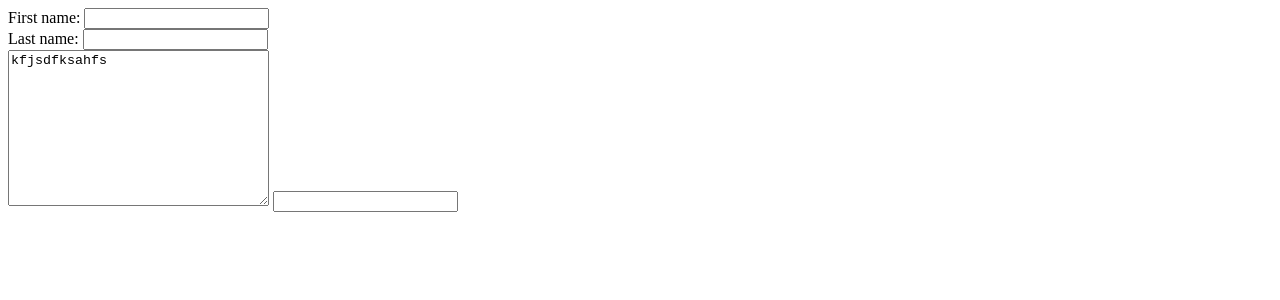
Repository: N1connys/person
Page: review.html
These files come from the project's save history. The page is drawn as it stood at one moment and after the next save; the edit follows.
The browser window is 1280 px wide. The pictures show the whole page.

Above is the page before, as saved 2023-02-20 21:19:24.

### review.html
<!DOCTYPE html>
<html lang="en">
<head>
    <meta charset="UTF-8">
    <meta http-equiv="X-UA-Compatible" content="IE=edge">
    <meta name="viewport" content="width=device-width, initial-scale=1.0">
    <title>Document</title>
</head>
<body>
    <form action="">
First name: <input type="text" name="firstname"><br>
Last name: <input type="password" name="lastname">
</form>
<textarea name="11" id="11" cols="30" rows="10">kfjsdfksahfs</textarea>
<!-- col 列数，row 行数 -->
<!-- 复选框 -->
<input type="r" name="" id="">
</body>
</html>

After the next save:
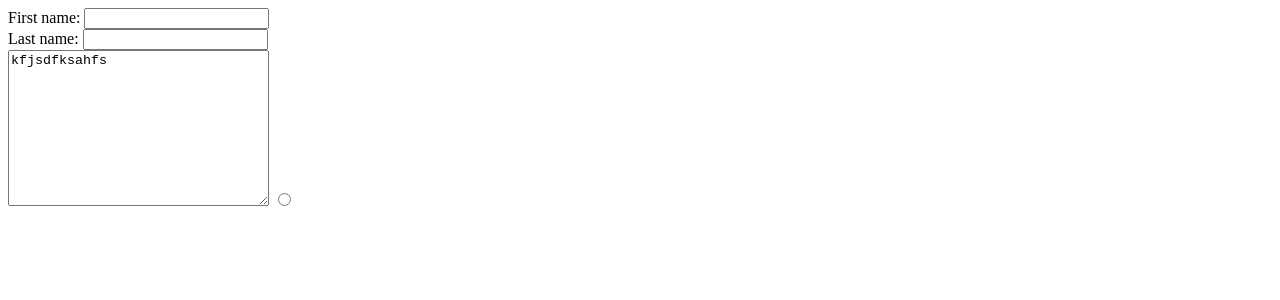
Saved 5 s later.
--- a/review.html
+++ b/review.html
@@ -14,6 +14,6 @@ Last name: <input type="password" name="lastname">
 <textarea name="11" id="11" cols="30" rows="10">kfjsdfksahfs</textarea>
 <!-- col 列数，row 行数 -->
 <!-- 复选框 -->
-<input type="r" name="" id="">
+<input type="radio" name="" id="">
 </body>
 </html>
